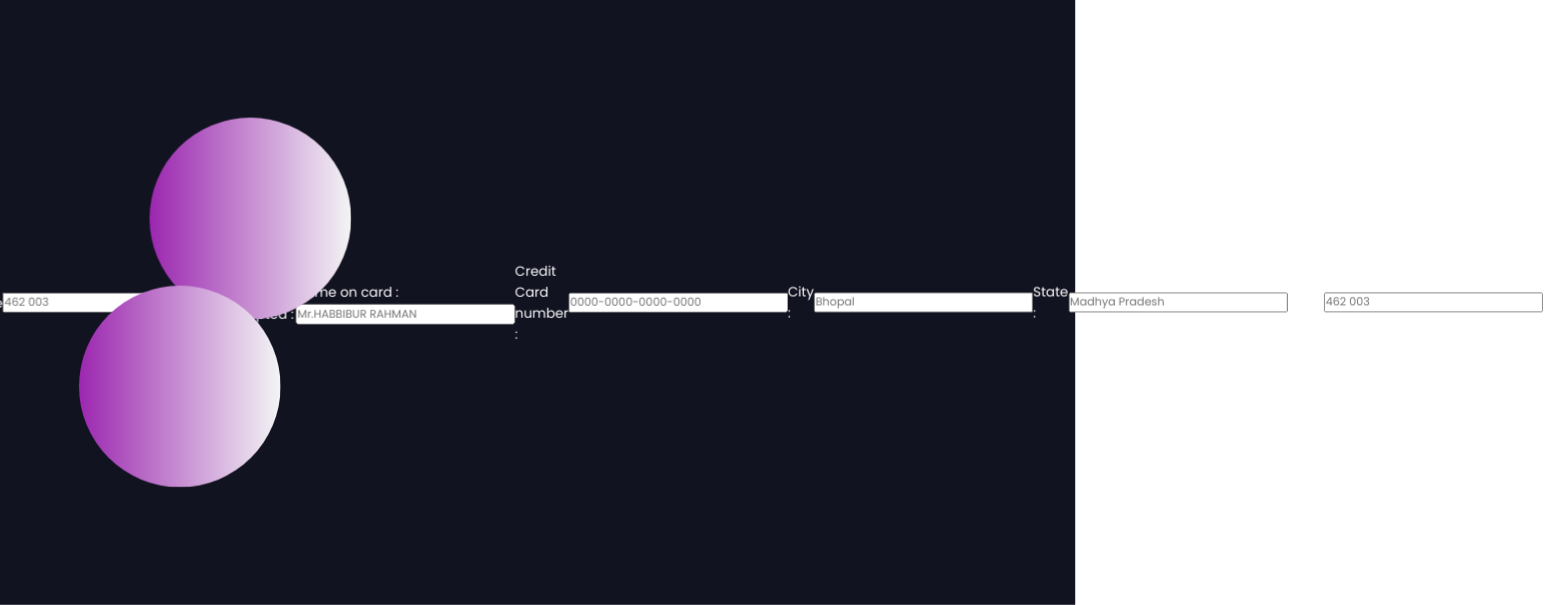
Repository: Habeebur1493/-002-Prompt
Page: index.html
These files come from the project's save history. The page is drawn as it stood at one moment and after the next save; the edit follows.
The browser window is 1280 px wide. The page is 1837 px wide, then 1848 px, so the pictures cover 1848 px, including what lies to the right of the window. The pictures show the whole page, at 84% of full size.

Above is the page before, as saved 2024-09-11 00:25:55.

After the next save:
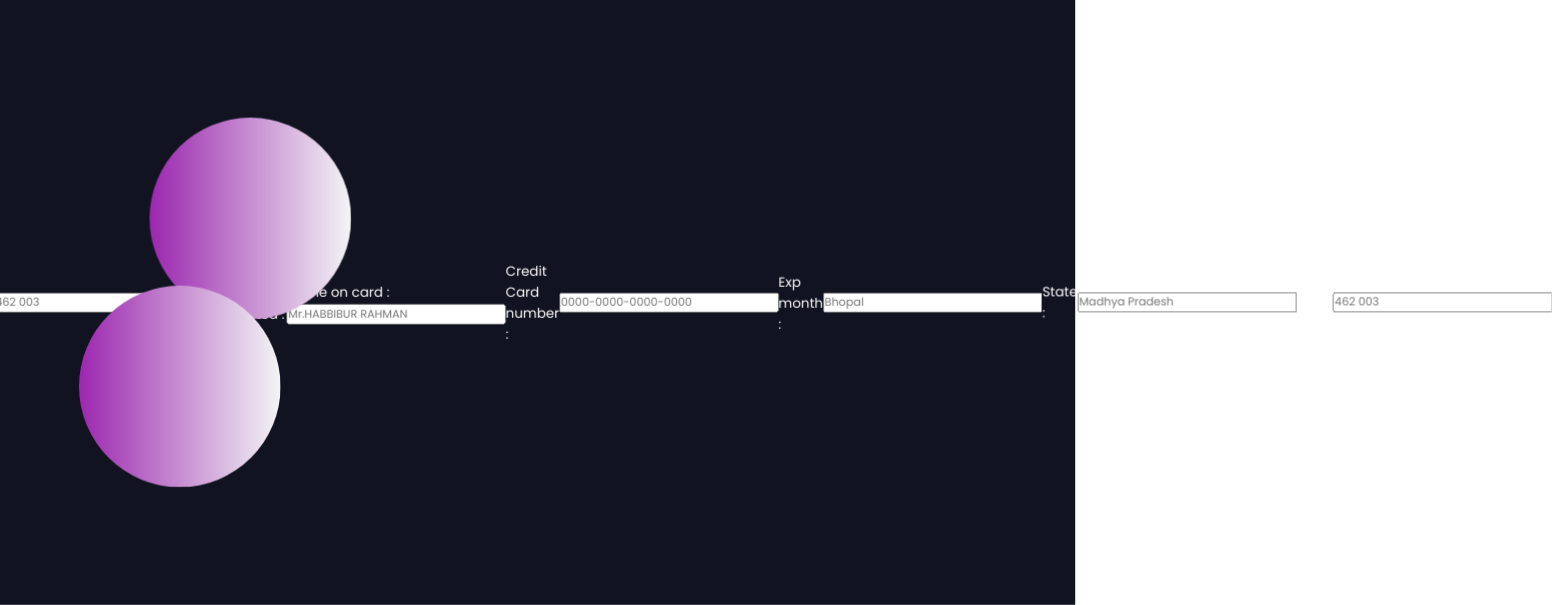
Saved 31 s later.
--- a/index.html
+++ b/index.html
@@ -90,7 +90,7 @@
                         <input type="number" placeholder="0000-0000-0000-0000">
                     </div>
                     <div class="inputbox"></div>
-                        <span>City :</span>
+                        <span>Exp month :</span>
                         <input type="text" placeholder="Bhopal">
                     </div>
                     <div class="inputbox"></div>
